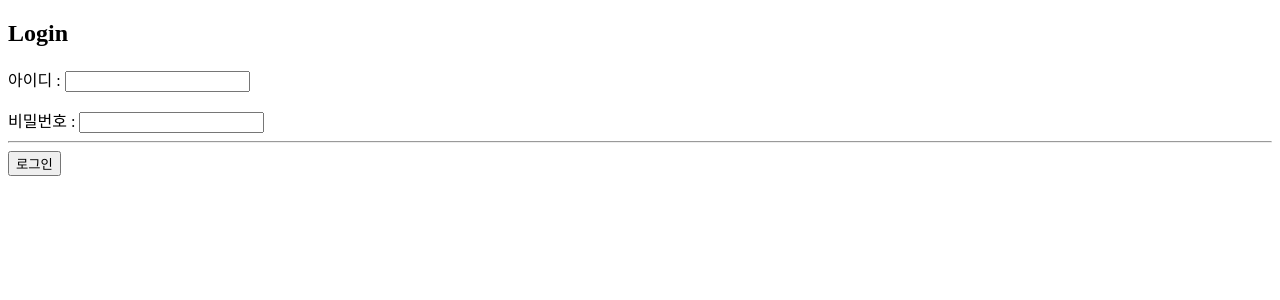
Repository: pvntlc/D-IT-Tech-Internship
Page: work_java/HTMLProject/src/main/webapp/login.html
The author's editor kept a copy of each file at every save. The page is drawn from the files as they stood at one save, then again after the next save.
The browser window is 1280 px wide. The pictures show the whole page.

Above is the page before, as saved 2023-09-06 07:34:20.

### work_java/HTMLProject/src/main/webapp/login.html
<!DOCTYPE html>
<html>

<head>
	<meta charset="UTF-8">
	<title>Insert title here</title>
</head>

<body>
	<h2>Login</h2>
	<form method="get" action="login.jsp">
		<label for="userid">아이디 : <input type="text" id="userid" name="userid" /></label>
		<p></p>
		<label for="pass">비밀번호 : <input type="password" id="pass" name="pass" /></label>
		<hr>
		<input type="submit" value="로그인" />
	</form>
</body>

</html>

After the next save:
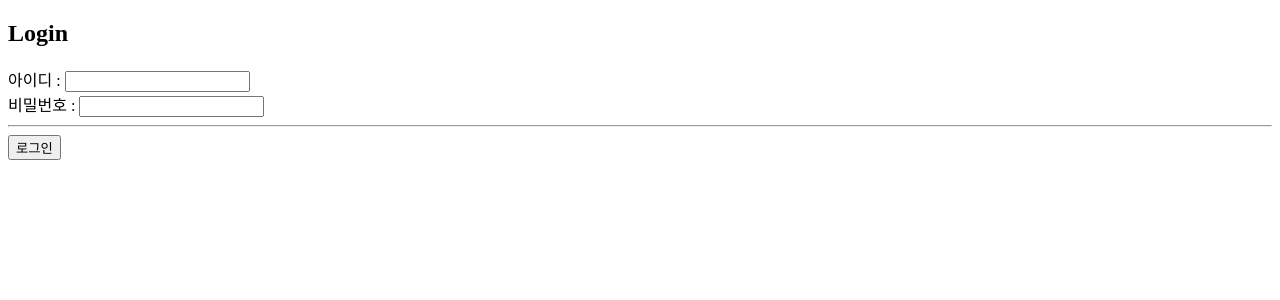
Saved 21 min 54 s later.
--- a/work_java/HTMLProject/src/main/webapp/login.html
+++ b/work_java/HTMLProject/src/main/webapp/login.html
@@ -10,7 +10,7 @@
 	<h2>Login</h2>
 	<form method="get" action="login.jsp">
 		<label for="userid">아이디 : <input type="text" id="userid" name="userid" /></label>
-		<p></p>
+		</br>
 		<label for="pass">비밀번호 : <input type="password" id="pass" name="pass" /></label>
 		<hr>
 		<input type="submit" value="로그인" />
